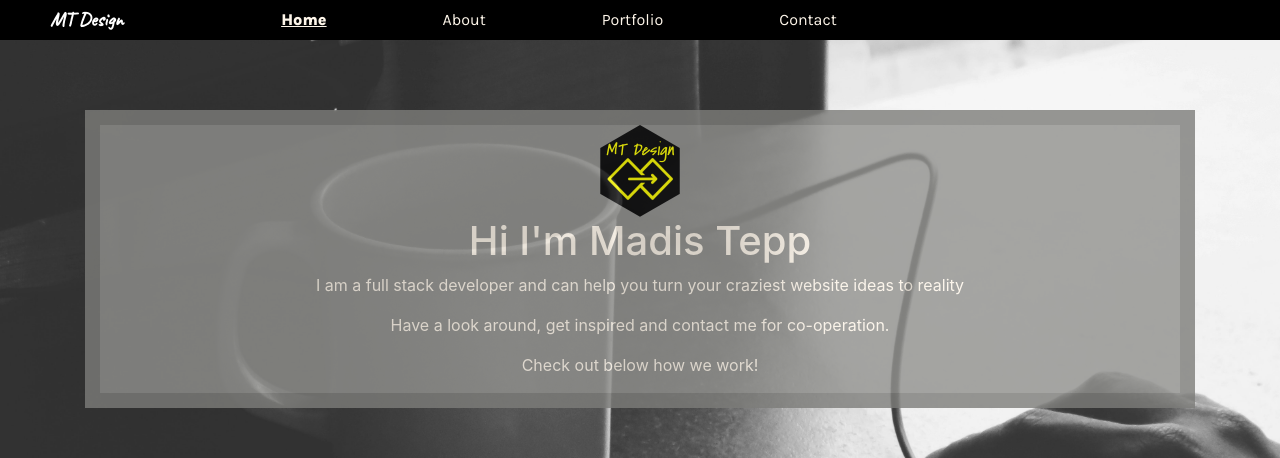
Repository: teppm/personal-portfolio
Page: index.html
The author's editor kept a record of every edit. The page is drawn from the files as they stood at one moment, then again after the next edit.
The browser window is 1280 px wide. The pictures show the part of the page from y = 0 to 458 px (the page is 1022 px tall).
Pictures or frames that could not be fetched are drawn as grey boxes. Some web libraries are served in a nearby version.

Above is the page before.

After the next edit:
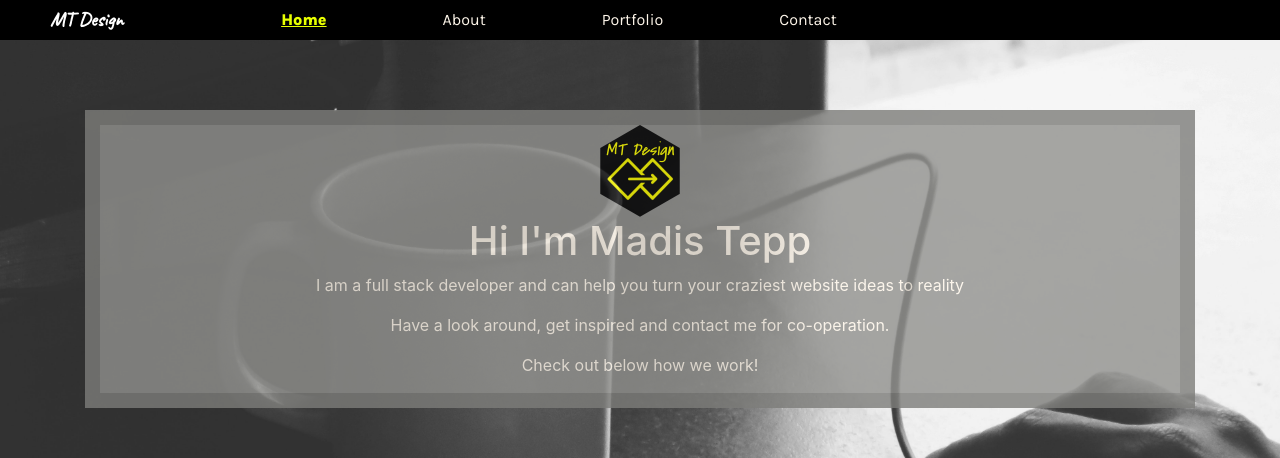
The edit:
--- a/assets/css/style.css
+++ b/assets/css/style.css
@@ -44,7 +44,7 @@
 }
 
 .navbar-dark .navbar-nav .active>.nav-link {
-    color: #FEF6EA;
+    color: #E8FF00;
     font-weight: bolder;
     text-decoration: underline;
 
